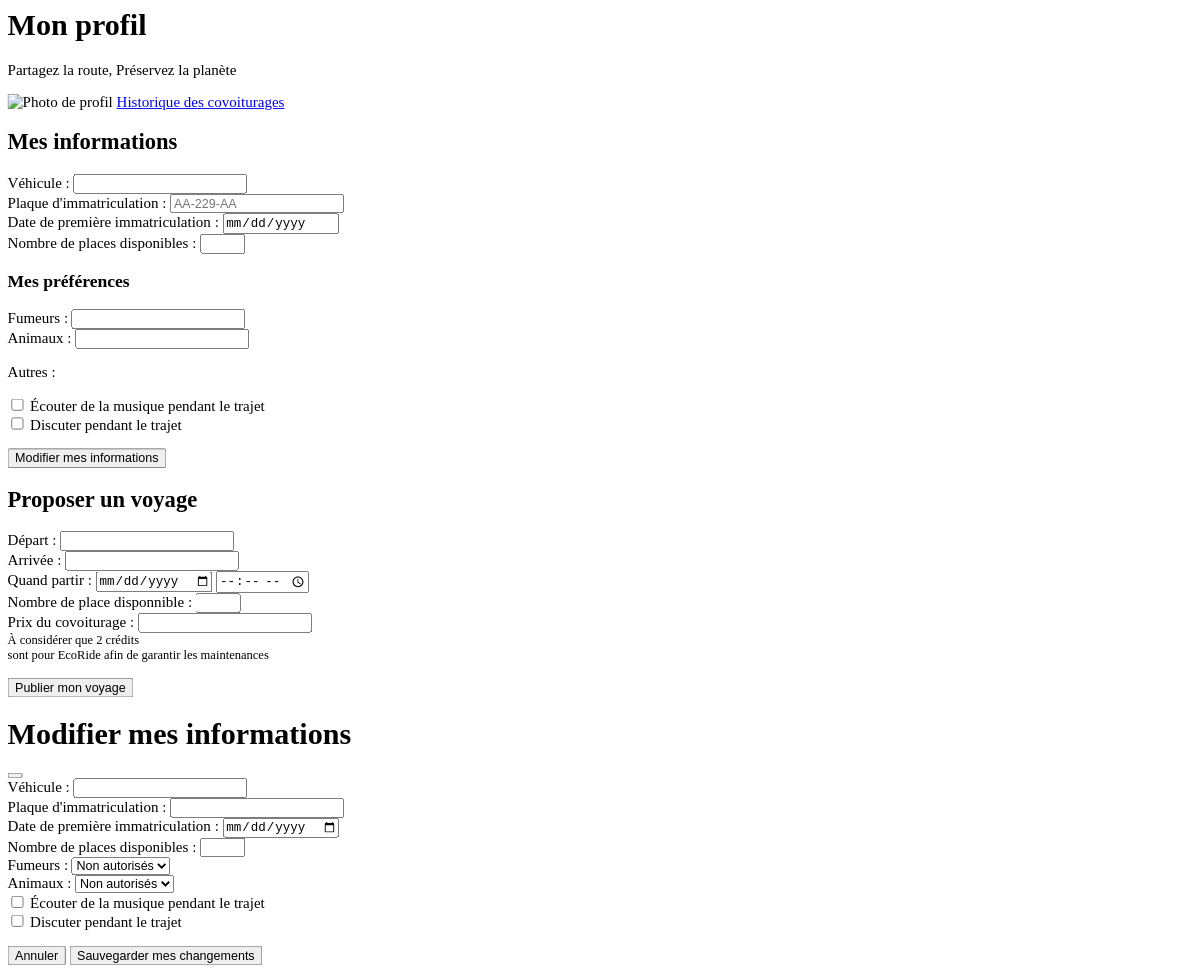
Repository: lemonhao9/ECF
Page: pages/auth/profile.html
An editor plug-in stored every save of this project. The page is shown before and after the next save, followed by the edit.
The browser window is 1280 px wide. The pictures show the whole page, at 94% of full size.

Above is the page before, as saved 2025-02-17 16:05:20.

After the next save:
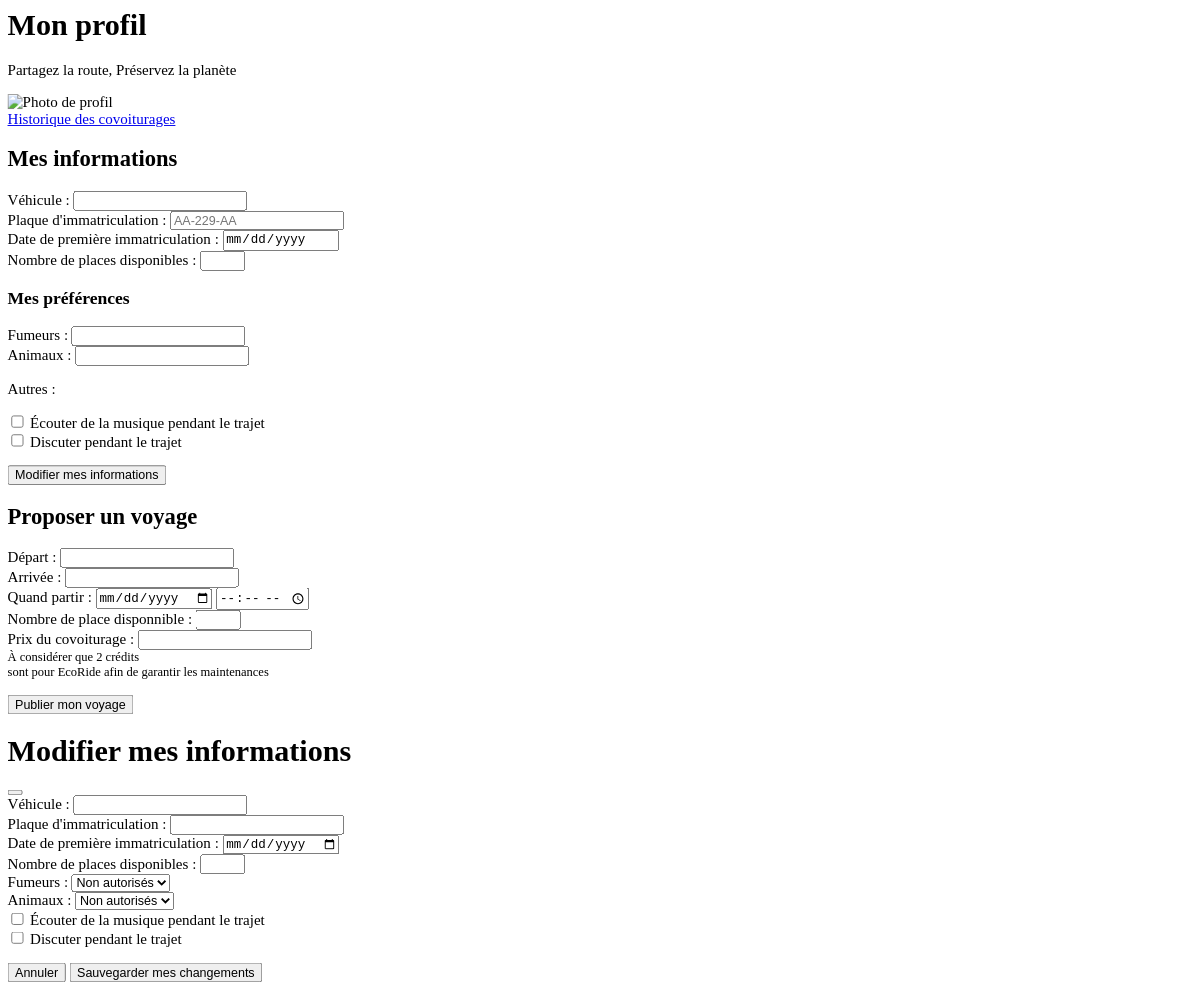
Saved 15 s later.
--- a/pages/auth/profile.html
+++ b/pages/auth/profile.html
@@ -6,7 +6,7 @@
 </div>
 <aside>
     <div>
-        <img src="" alt="Photo de profil">
+        <img src="" alt="Photo de profil"> <br>
         <a href="/historiqueCovoit">Historique des covoiturages</a>
     </div>
 </aside>
